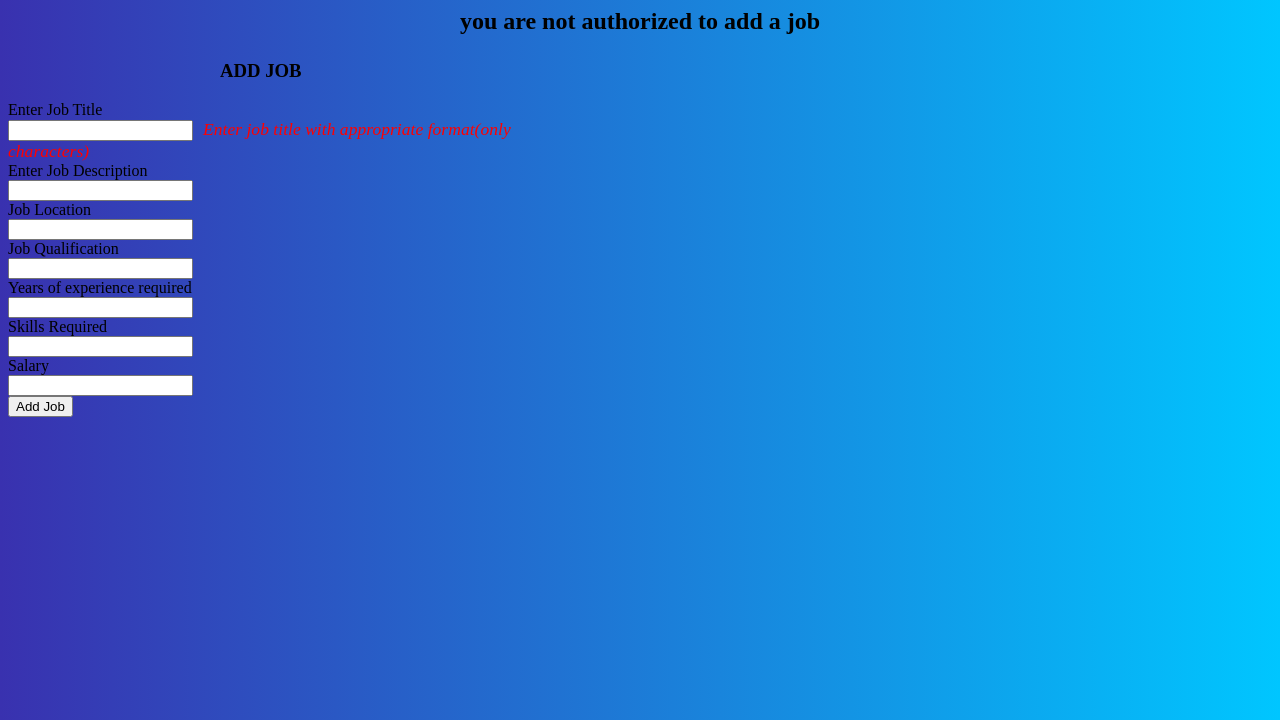
Repository: devlogan/collproject
Page: CollFrontend/WebContent/jobs/JobForm.html
The author's editor kept a copy of each file at every save. The page is drawn from the files as they stood at one save, then again after the next save.
The browser window is 1280 px wide. The pictures show the whole page.

Above is the page before, as saved 2019-05-01 17:49:43.

### CollFrontend/WebContent/jobs/JobForm.html
<style>
body {
	background: -webkit-linear-gradient(left, #3931af, #00c6ff);
}

i.fa-close {
	margin-left: 10px;
	font-size: 1.1rem;
	position: relative;
	color: red;
	display: inline;
}
</style>
<div ng-show="currentUser.role!='Admin'">

	<h2 align="center">you are not authorized to add a job</h2>
</div>
<div ng-show="currentUser.role=='Admin'" class="container"
	style="width: 40%">

	<h3 align=center style="margin-top: 5%">ADD JOB</h3>
	<form name="jobForm" novalidate>
		<div class="form-group">
			<label for="jobTitle">Enter Job Title</label>
			<div class="">
				<input type="text" name="title" class="form-control"
					ng-model="job.jobTitle" ng-required="true" ng-pattern="/^[A-Z]+$/i"
					ng-minlength="3" ng-maxlength="21"><i
					ng-show="jobForm.title.$invalid && jobForm.title.$touched || jobForm.title.$error.pattern && jobForm.title.$touched"
					class="fa fa-close">Enter job title with appropriate
					format(only characters)</i>
			</div>

		</div>
		<div class="form-group">
			<label for="description">Enter Job Description</label>
			<div class="col-50">
				<input type="text" name="description" class="form-control"
					ng-model="job.jobDescription" ng-required="true"
					ng-pattern="/^[A-Z]+$/i" ng-minlength="3" ng-maxlength="21">
			</div>
		</div>
		<div class="form-group">
			<label for="location">Job Location</label>
			<div class="col-50">
				<input type="text" name="location" class="form-control"
					ng-model="job.location" ng-required="true" ng-pattern="/^[A-Z]+$/i"
					ng-minlength="3" ng-maxlength="21">
			</div>
		</div>
		<div class="form-group">
			<label for="email">Job Qualification</label>
			<div class="col-50">
				<input type="text" name="qualification" class="form-control"
					ng-model="job.qualifaction" ng-required="true"
					ng-pattern="/^[A-Z]+$/i" ng-minlength="3" ng-maxlength="21">
			</div>
		</div>
		<div class="form-group">
			<label for="email">Years of experience required</label>
			<div class="col-50">
				<input type="text" name="experience" class="form-control"
					ng-model="job.yrsOfExp" ng-required="true">
			</div>
		</div>
		<div class="form-group">
			<label for="email">Skills Required</label>
			<div class="col-50">
				<input type="text" name="skills" class="form-control"
					ng-model="job.skillsRequired ng-required="true"">
			</div>
		</div>
		<div class="form-group">
			<label for="email">Salary</label>
			<div class="col-50">
				<input type="text" name="salary" class="form-control"
					ng-model="job.salary" ng-required="true">
			</div>
		</div>


		<button type="submit" ng-click="addJob()" class="btn btn-success">Add
			Job</button>
	</form>
</div>

After the next save:
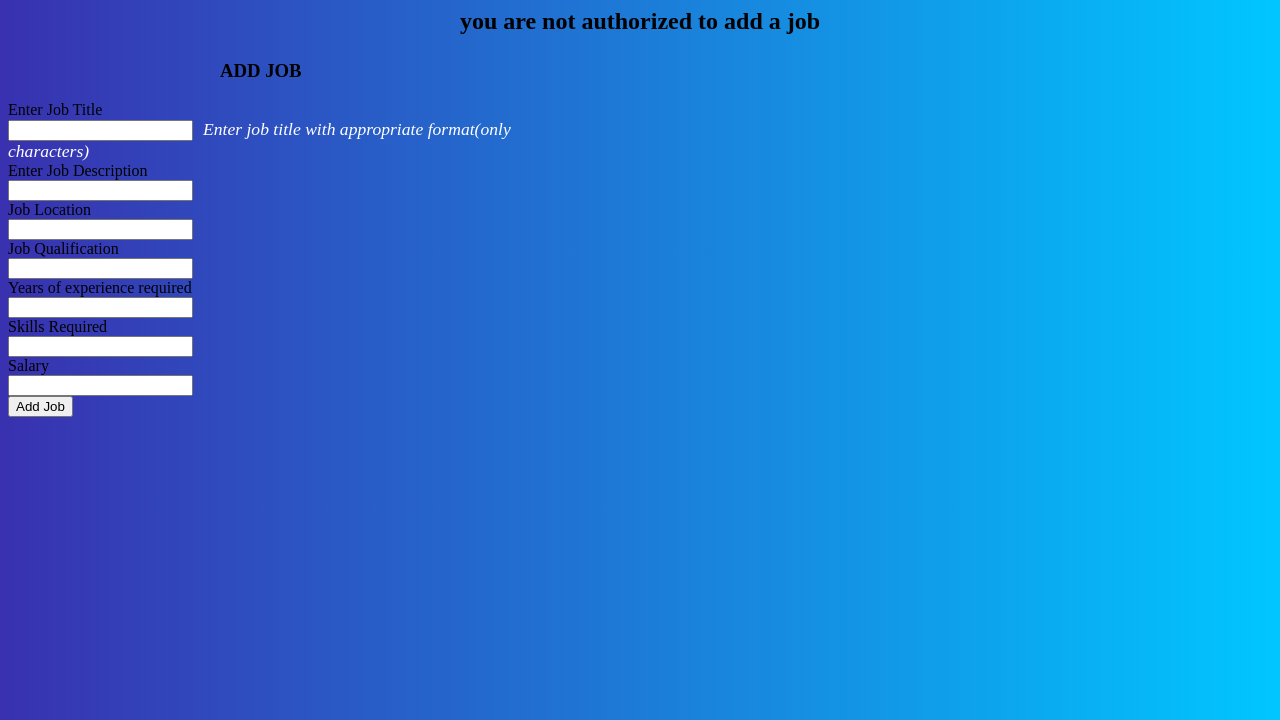
Saved 17 s later.
--- a/CollFrontend/WebContent/jobs/JobForm.html
+++ b/CollFrontend/WebContent/jobs/JobForm.html
@@ -7,7 +7,7 @@ i.fa-close {
 	margin-left: 10px;
 	font-size: 1.1rem;
 	position: relative;
-	color: red;
+	color: white;
 	display: inline;
 }
 </style>
